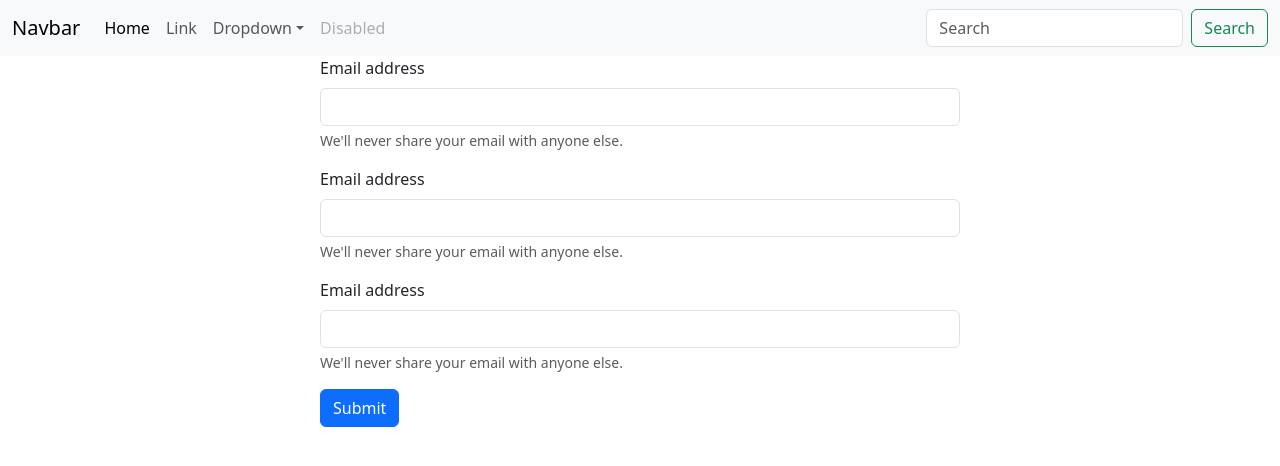
Repository: suraj-yadav7/createpost-redux
Page: /
The author's editor kept a copy of each file at every save. The page is drawn from the files as they stood at one save, then again after the next save.
The browser window is 1280 px wide. The pictures show the whole page.
The project was rebuilt for these pictures with package versions that can differ from the ones it lists, and the page was loaded fresh each time. Also part of the build but not shown: vite.config.js, src/App.css, src/index.css.

Above is the page before, as saved 2023-05-15 23:52:06.

### index.html
<!DOCTYPE html>
<html lang="en">
  <head>
    <meta charset="UTF-8" />
    <link rel="icon" type="image/svg+xml" href="/vite.svg" />
    <meta name="viewport" content="width=device-width, initial-scale=1.0" />
    <link href="https://cdn.jsdelivr.net/npm/bootstrap@5.3.0-alpha3/dist/css/bootstrap.min.css" rel="stylesheet" integrity="sha384-KK94CHFLLe+nY2dmCWGMq91rCGa5gtU4mk92HdvYe+M/SXH301p5ILy+dN9+nJOZ" crossorigin="anonymous">
    <title>CRUD WebApp</title>
  </head>
  <body>
    <div id="root"></div>
    <script type="module" src="/src/main.jsx"></script>
    <script src="https://cdn.jsdelivr.net/npm/bootstrap@5.3.0-alpha3/dist/js/bootstrap.bundle.min.js" integrity="sha384-ENjdO4Dr2bkBIFxQpeoTz1HIcje39Wm4jDKdf19U8gI4ddQ3GYNS7NTKfAdVQSZe" crossorigin="anonymous"></script>
  </body>
</html>
  </body>
</html>

### src/main.jsx
import React from 'react'
import ReactDOM from 'react-dom/client'
import App from './App.jsx'
import './index.css'
import { Provider } from 'react-redux'
import store from "./store/store.jsx"

ReactDOM.createRoot(document.getElementById('root')).render(
  <Provider store={store}>
    <App />
  </Provider>
)

### src/App.jsx
import React, { useState } from 'react'
import './App.css'
import Navbar from './components/Navbar'
import Create from './components/Create'

function App() {

  return (
    <>
    <Navbar />
    <Create />
    </>
  )
}

export default App

### src/store/store.jsx
import { configureStore } from "@reduxjs/toolkit";
import userDetail from "./slice/userDetail"

const store = configureStore({
    reducer:{
        users:userDetail
    }
})

export default store;

### src/components/Navbar.jsx
import React from 'react'

const Navbar = () => {
  return (
    <>
      <nav class="navbar navbar-expand-lg bg-body-tertiary">
  <div class="container-fluid">
    <a class="navbar-brand" href="#">Navbar</a>
    <button class="navbar-toggler" type="button" data-bs-toggle="collapse" data-bs-target="#navbarSupportedContent" aria-controls="navbarSupportedContent" aria-expanded="false" aria-label="Toggle navigation">
      <span class="navbar-toggler-icon"></span>
    </button>
    <div class="collapse navbar-collapse" id="navbarSupportedContent">
      <ul class="navbar-nav me-auto mb-2 mb-lg-0">
        <li class="nav-item">
          <a class="nav-link active" aria-current="page" href="#">Home</a>
        </li>
        <li class="nav-item">
          <a class="nav-link" href="#">Link</a>
        </li>
        <li class="nav-item dropdown">
          <a class="nav-link dropdown-toggle" href="#" role="button" data-bs-toggle="dropdown" aria-expanded="false">
            Dropdown
          </a>
          <ul class="dropdown-menu">
            <li><a class="dropdown-item" href="#">Action</a></li>
            <li><a class="dropdown-item" href="#">Another action</a></li>
            <li><hr class="dropdown-divider"/></li>
            <li><a class="dropdown-item" href="#">Something else here</a></li>
          </ul>
        </li>
        <li class="nav-item">
          <a class="nav-link disabled">Disabled</a>
        </li>
      </ul>
      <form class="d-flex" role="search">
        <input class="form-control me-2" type="search" placeholder="Search" aria-label="Search"/>
        <button class="btn btn-outline-success" type="submit">Search</button>
      </form>
    </div>
  </div>
</nav>
    </>
  )
}

export default Navbar

### src/components/create.jsx
import React from 'react'

const Create = () => {
  return (
    <>
      <form className='w-50 mx-auto'>
      <div class="mb-3">
    <label for="exampleInputEmail1" class="form-label">Email address</label>
    <input type="text" class="form-control" id="exampleInputEmail1" aria-describedby="emailHelp"/>
    <div id="emailHelp" class="form-text">We'll never share your email with anyone else.</div>
  </div>
  <div class="mb-3">
    <label for="exampleInputEmail1" class="form-label">Email address</label>
    <input type="email" class="form-control" id="exampleInputEmail1" aria-describedby="emailHelp"/>
    <div id="emailHelp" class="form-text">We'll never share your email with anyone else.</div>
  </div>
  <div class="mb-3">
    <label for="exampleInputEmail1" class="form-label">Email address</label>
    <input type="text" class="form-control" id="exampleInputEmail1" aria-describedby="emailHelp"/>
    <div id="emailHelp" class="form-text">We'll never share your email with anyone else.</div>
  </div>


  <button type="submit" class="btn btn-primary">Submit</button>
</form>
    </>
  )
}

export default Create

### src/store/slice/userDetail.jsx
import { createSlice } from "@reduxjs/toolkit";

const userDetail= createSlice({
    name:"userDetail",
    initialState:{
        user:[],
        loading:false,
        error:null,
    },
    reducers:{
        addPost(state,action){

        }
    }


})

export default userDetail.reducer
export const {addPost} = userDetail.actions

After the next save:
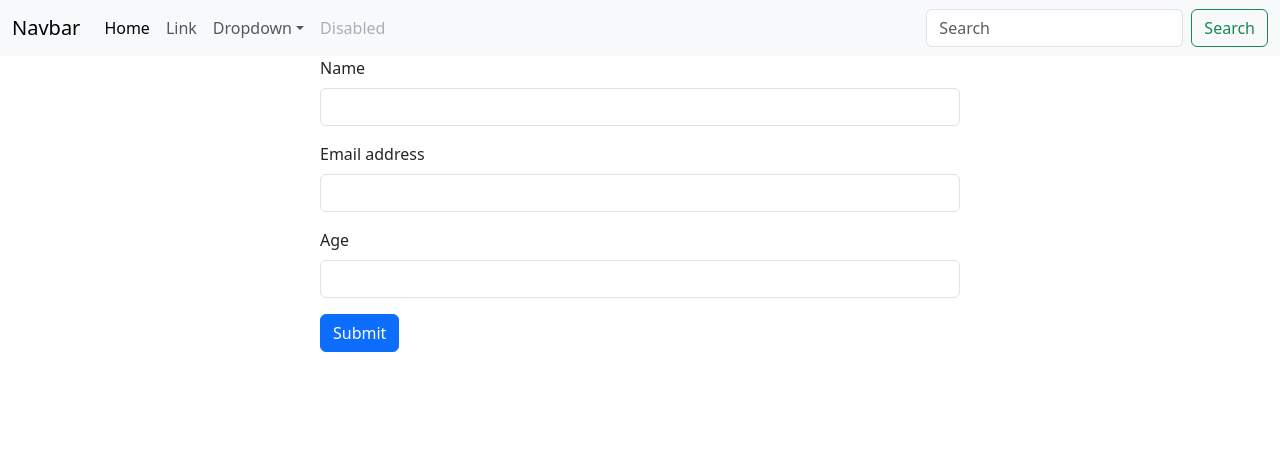
Saved 29 s later.
--- a/src/components/create.jsx
+++ b/src/components/create.jsx
@@ -5,19 +5,17 @@ const Create = () => {
     <>
       <form className='w-50 mx-auto'>
       <div class="mb-3">
-    <label for="exampleInputEmail1" class="form-label">Email address</label>
+    <label for="exampleInputEmail1" class="form-label">Name</label>
     <input type="text" class="form-control" id="exampleInputEmail1" aria-describedby="emailHelp"/>
-    <div id="emailHelp" class="form-text">We'll never share your email with anyone else.</div>
   </div>
   <div class="mb-3">
     <label for="exampleInputEmail1" class="form-label">Email address</label>
     <input type="email" class="form-control" id="exampleInputEmail1" aria-describedby="emailHelp"/>
-    <div id="emailHelp" class="form-text">We'll never share your email with anyone else.</div>
   </div>
   <div class="mb-3">
-    <label for="exampleInputEmail1" class="form-label">Email address</label>
+    <label for="exampleInputEmail1" class="form-label">Age</label>
     <input type="text" class="form-control" id="exampleInputEmail1" aria-describedby="emailHelp"/>
-    <div id="emailHelp" class="form-text">We'll never share your email with anyone else.</div>
+
   </div>
 
 
